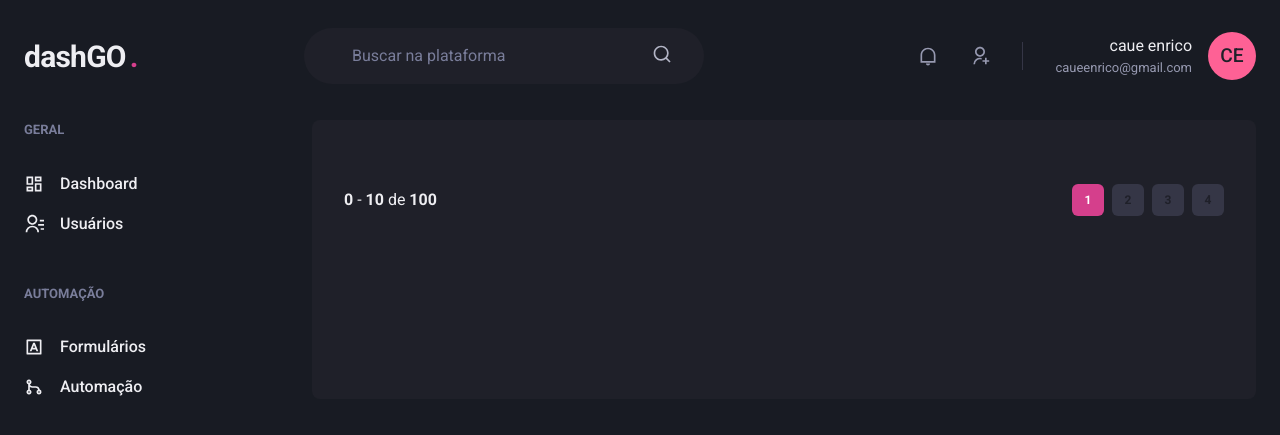
Repository: caueenrico/DashGO
Page: /user/create
The author's editor kept a copy of each file at every save. The page is drawn from the files as they stood at one save, then again after a run of saves.
The browser window is 1280 px wide. The pictures show the whole page.
The project was rebuilt for these pictures with package versions that can differ from the ones it lists, and the page was loaded fresh each time. The framework's server and built-in components were replaced by stand-ins that run in the browser. Also part of the build but not shown: next.config.js.

Above is the page before, as saved 2023-03-16 16:00:51.

After the next 2 saves:
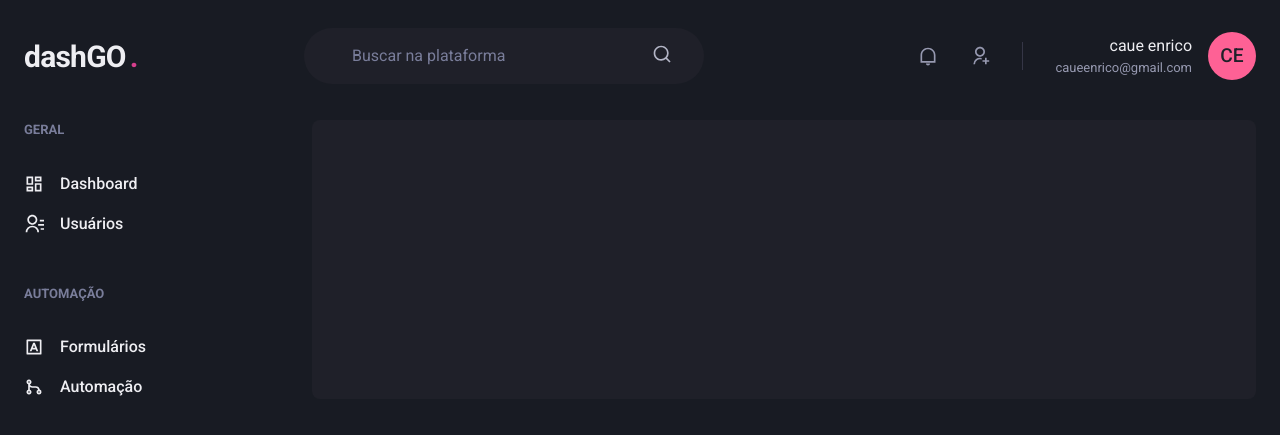
The 2 saves are shown as one change because they came seconds apart.
The last was saved 24 s later.
--- a/src/pages/user/create.tsx
+++ b/src/pages/user/create.tsx
@@ -13,7 +13,7 @@ export default function UserList() {
 
         <Box flex="1" borderRadius={8} bg="gray.800" p="8">
 
-          <Pagination />
+
         </Box>
       </Flex>
     </Box>
